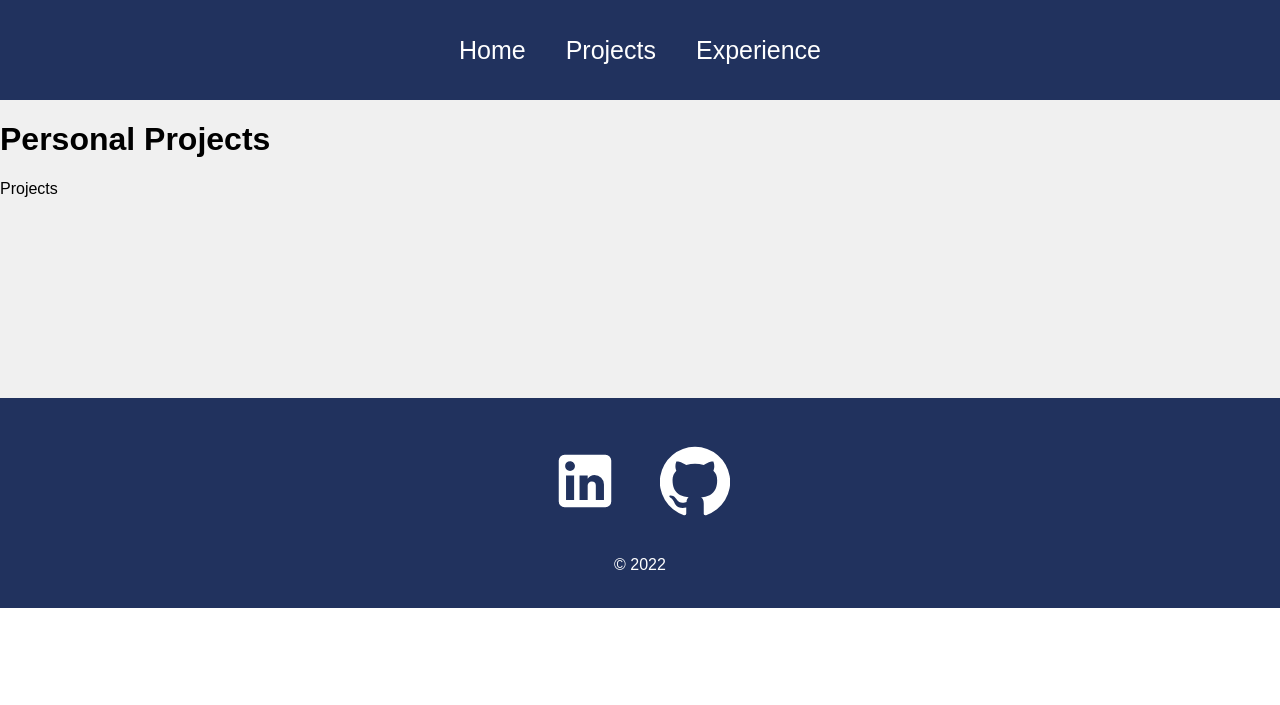
Repository: mireu-san/jw-personal-page
Page: /projects
An editor plug-in stored every save of this project. The page is shown before and after the next save, followed by the edit.
The browser window is 1280 px wide. The pictures show the whole page.
Pictures or frames that could not be fetched are drawn as grey boxes. The project was rebuilt for these pictures with package versions that can differ from the ones it lists, and the page was loaded fresh each time. Also part of the build but not shown: src/styles/Home.css, src/pages/Home.js, src/pages/Experience.js.

Above is the page before, as saved 2022-11-09 17:47:33.

### src/App.js
import "./App.css";
import { BrowserRouter as Router, Routes, Route } from "react-router-dom";
import Home from "./pages/Home";
import Experience from "./pages/Experience";
import Projects from "./pages/Projects";
import Navbar from "./components/Navbar";
import Footer from "./components/Footer";

function App() {
  return (
    <div className="App">
      <Router>
        {/* #1 차이점? */}
        <Navbar />
        <Routes>
          <Route path="/" element={<Home />} />
          <Route path="/projects" element={<Projects />} />
          <Route path="/experience" element={<Experience />} />
        </Routes>
        <Footer />
      </Router>
    </div>
  );
}

export default App;

### src/App.css
/* recommended default setting */
/* .App {
  text-align: center;
}

body {
  padding: 0;
  margin: 0;
} */


/* end of recommended default setting */

.App {
  width: 100%;
  height: auto;
  display: flex;
  flex-direction: column;
  font-family: Arial, Helvetica, sans-serif;
  background-color: #f0f0f0;
}

body {
  padding: 0;
  margin: 0;
}

### src/pages/Projects.js
import React from "react";
import ProjectItem from "../components/ProjectItem";
// import Img

function Projects() {
  return (
    <div className="projects">
      <h1>Personal Projects</h1>
      <div className="projectList">
        <ProjectItem />
      </div>
      Projects
    </div>
  );
}

export default Projects;

### src/components/Navbar.js
import React, { useEffect, useState } from "react";
import { Link, useLocation } from "react-router-dom";
import "../styles/Navbar.css";
import ReorderIcon from "@material-ui/icons/Reorder";

function Navbar() {
  const [expandNavbar, setExpandNavbar] = useState(false);

  // to let it close when user click mobile menu category
  const location = useLocation();

  useEffect(() => {
    setExpandNavbar(false);
  }, [location]);

  return (
    <div className="navbar" id={expandNavbar ? "open" : "close"}>
      <div className="toggleButton">
        {/* toggle button for mobile */}
        <button
          onClick={() => {
            setExpandNavbar((prev) => !prev);
          }}
        >
          <ReorderIcon />
        </button>
      </div>
      <div className="links">
        <Link to="/"> Home </Link>
        <Link to="/projects"> Projects </Link>
        <Link to="/experience"> Experience </Link>
      </div>
    </div>
  );
}

export default Navbar;

### src/components/Footer.js
import React from "react";
import LinkedInIcon from "@material-ui/icons/LinkedIn";
import GithubIcon from "@material-ui/icons/GitHub";
import "../styles/Footer.css";

function Footer() {
  return (
    <div className="footer">
      <div className="socialMedia">
        <LinkedInIcon />
        <GithubIcon />
      </div>
      <p> &copy; 2022 </p>
    </div>
  );
}

export default Footer;

### src/components/ProjectItem.js
import React from "react";

function ProjectItem({ image, name }) {
  return (
    <div className="projectItem">
      <div style={{ backgroundImage: `url(${image})` }} className="bgImage" />
      <h1> {name} </h1>
    </div>
  );
}

export default ProjectItem;

### src/styles/Navbar.css
.navbar {
    width: 100%;
    height: 100px;
    background: #21325e;
  }

  .links {
    width: 100%;
    height: 100%;
    display: flex;
    align-items: center;
    justify-content: center;
    color: white;
  }

  .navbar a {
    color: white;
    text-decoration: none;
    margin: 20px;
    font-size: 25px;
  }

  .toggleButton {
    width: 100%;
    height: 100px;
    display: flex;
    align-items: center;
    justify-content: flex-end;
  }

  .toggleButton svg {
    font-size: 50px;
  }

  /* toggle button for mobile */
  .toggleButton button {
    margin-right: 20px;
    background-color: transparent;
    border: none;
    color: white;
    cursor: pointer;
  }

  #open {
    height: 100vh;
  }

  #open .links {
    flex-direction: column;
    justify-content: flex-start;
    margin-top: 100px;
  }

  #open a {
    width: 100%;
    text-align: center;
  }

  @media only screen and (max-width: 900px) {
    .navbar a {
      width: 70px;
    }
  }

  @media only screen and (max-width: 600px) {
    .toggleButton {
      display: flex;
    }
    #close a {
      display: none;
    }
  }

  @media only screen and (min-width: 600px) {
    .toggleButton {
      display: none;
    }

    .hiddenLinks {
      display: none;
    }

    #open {
      height: 100px;
    }

    #open .links {
      flex-direction: row;
    }
  }

Loaded but not shown: public/index.html (common file); src/index.js (common file); src/reportWebVitals.js (common file); src/styles/Footer.css (common file)

After the next save:
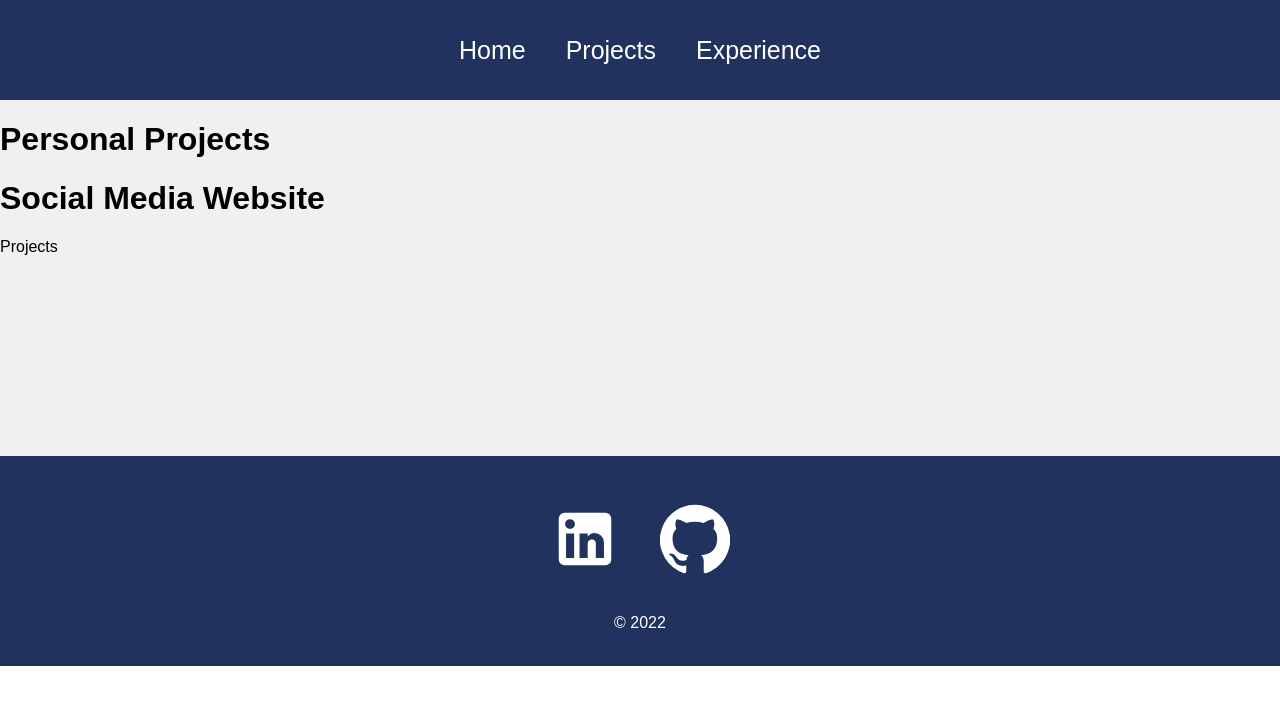
Saved 12 s later.
--- a/src/pages/Projects.js
+++ b/src/pages/Projects.js
@@ -7,7 +7,7 @@ function Projects() {
     <div className="projects">
       <h1>Personal Projects</h1>
       <div className="projectList">
-        <ProjectItem />
+        <ProjectItem name="Social Media Website" />
       </div>
       Projects
     </div>
